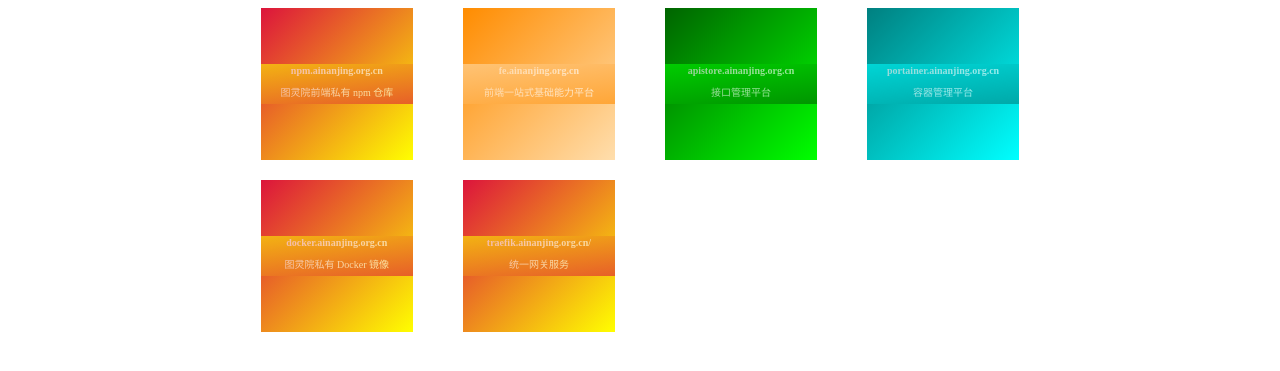
Repository: heweiwei1/portainer
Page: index.html
An editor plug-in stored every save of this project. The page is shown before and after the next save, followed by the edit.
The browser window is 1280 px wide. The pictures show the whole page.

Above is the page before, as saved 2021-04-13 18:00:10.

After the next save:
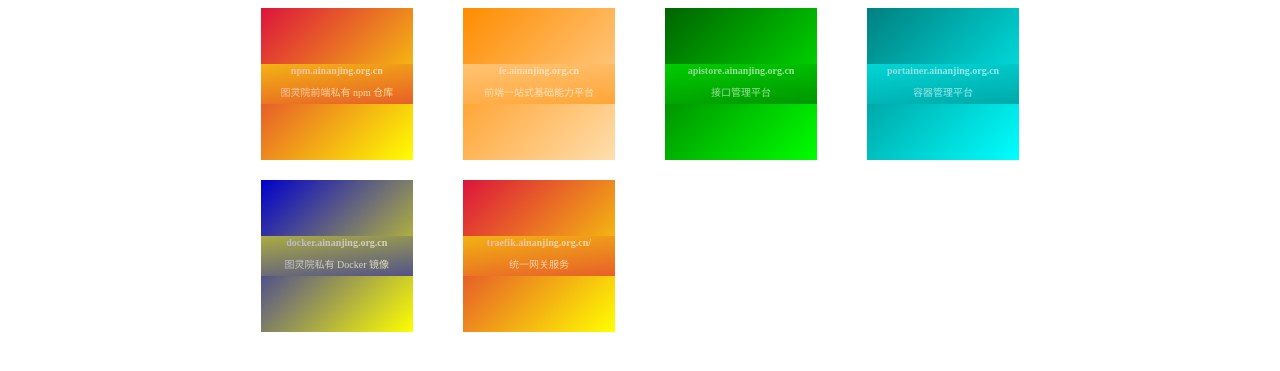
Saved 75 s later.
--- a/index.css
+++ b/index.css
@@ -66,10 +66,10 @@ a {
   background-image: linear-gradient(to top left,#008080,#00ffff);
 }
 .demo-5 {
-  background-image: linear-gradient(to bottom right,#dc143c,#ffff00);
+  background-image: linear-gradient(to bottom right,#0000cd,#ffff00);
 }
 .demo-5 .trans{
-  background-image: linear-gradient(to top left,#dc143c,#ffff00);
+  background-image: linear-gradient(to top left,#0000cd,#ffff00);
 }
 .demo-6 {
   background-image: linear-gradient(to bottom right,#dc143c,#ffff00);
